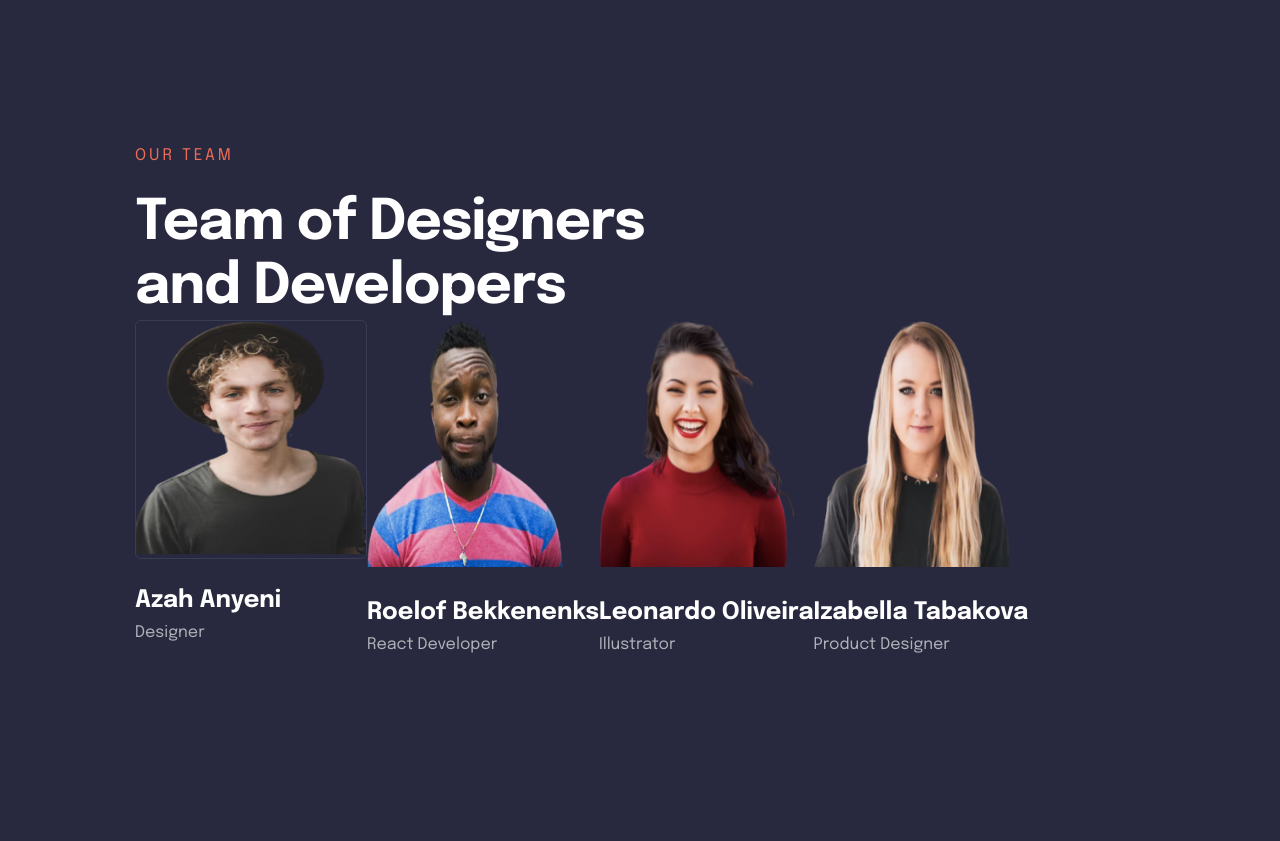
Repository: FaridRustamov09/task13
Page: index.html
These files come from the project's save history. The page is drawn as it stood at one moment and after the next save; the edit follows.
The browser window is 1280 px wide. The pictures show the whole page.

Above is the page before, as saved 2023-11-27 19:02:10.

After the next save:
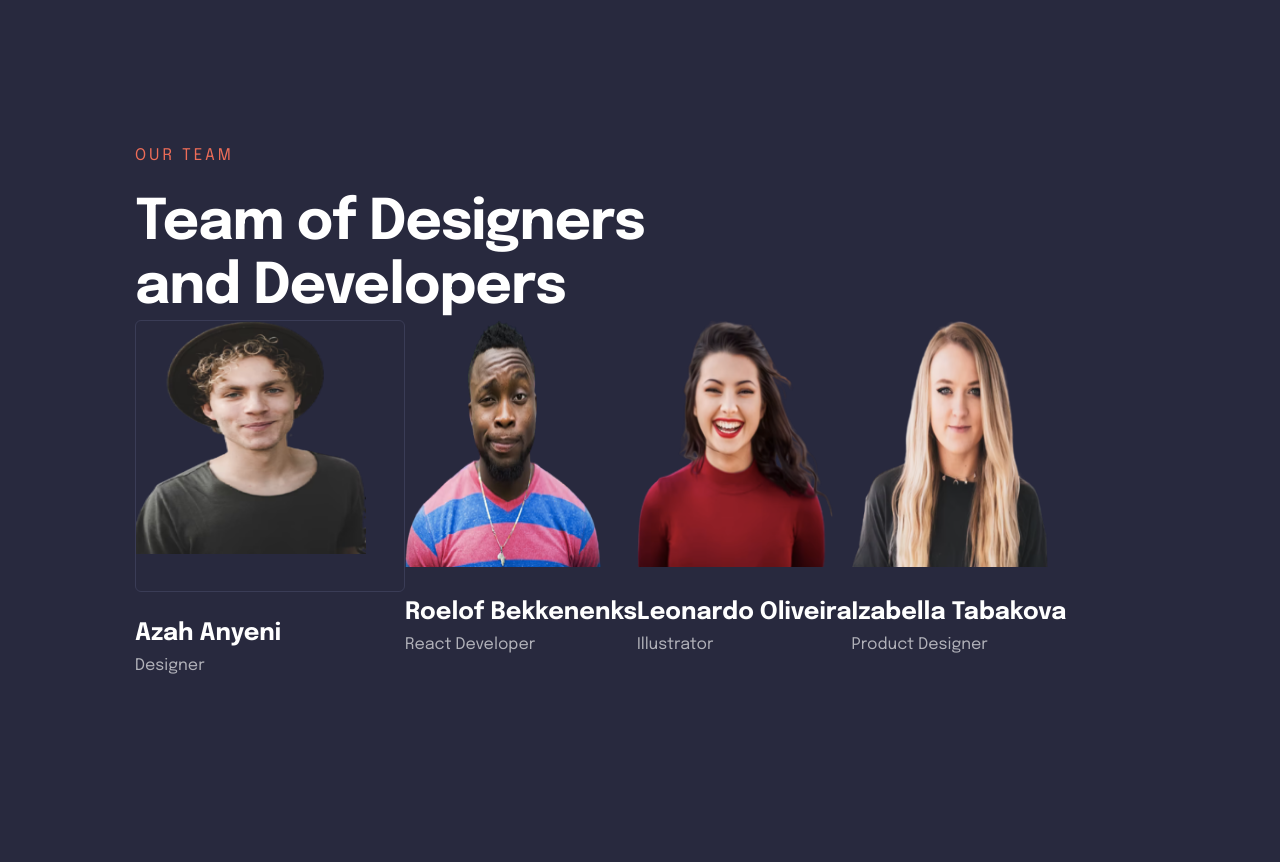
Saved 37 s later.
--- a/index.css
+++ b/index.css
@@ -40,6 +40,8 @@
 
 }
 .box .img-border{
+  width: 270px;
+height: 272px;
   border-radius: 6px;
   border: 1px solid #3a3c56;
 }
